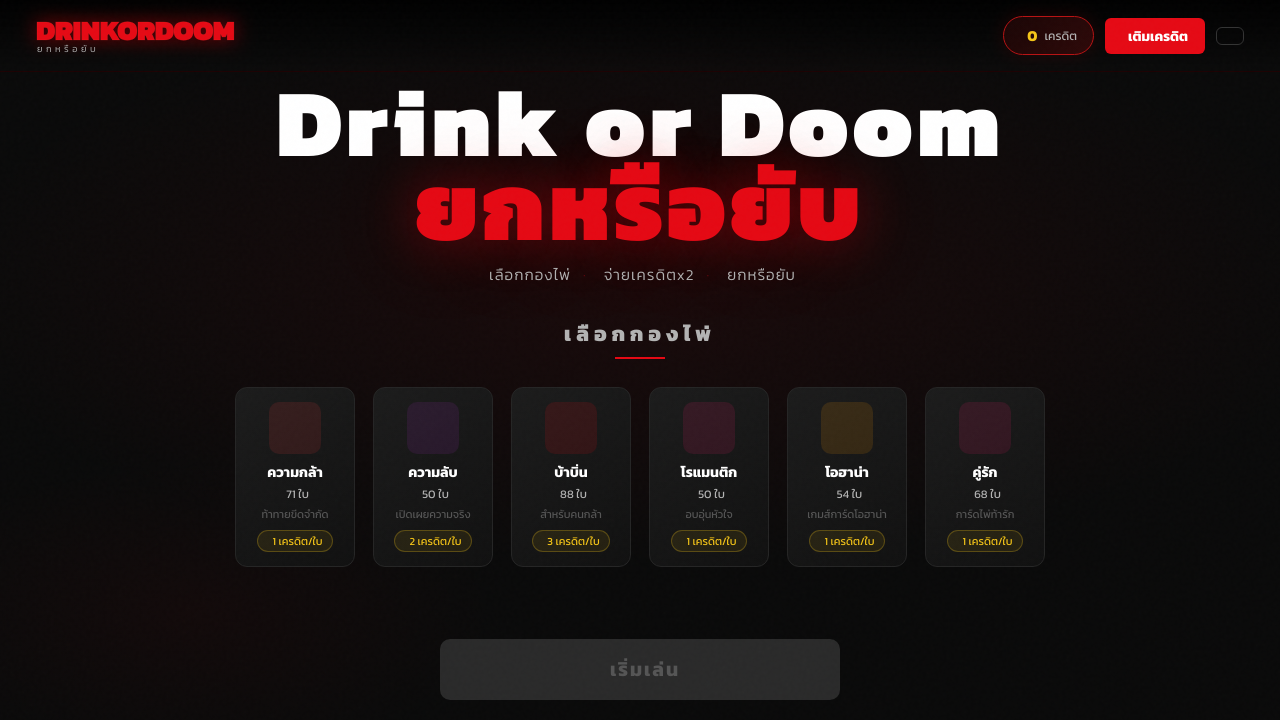
Repository: nuthiokhaw99/Drink-or-Doom.github.io
Page: index.html
The author's editor kept a copy of each file at every save. The page is drawn from the files as they stood at one save, then again after the next save.
The browser window is 1280 px wide. The pictures show the whole page.
Some icons come from a web library that is not loaded, so they are not drawn.

Above is the page before, as saved 2026-03-26 01:44:16.
Console error: SyntaxError: Unexpected token ')'

After the next save:
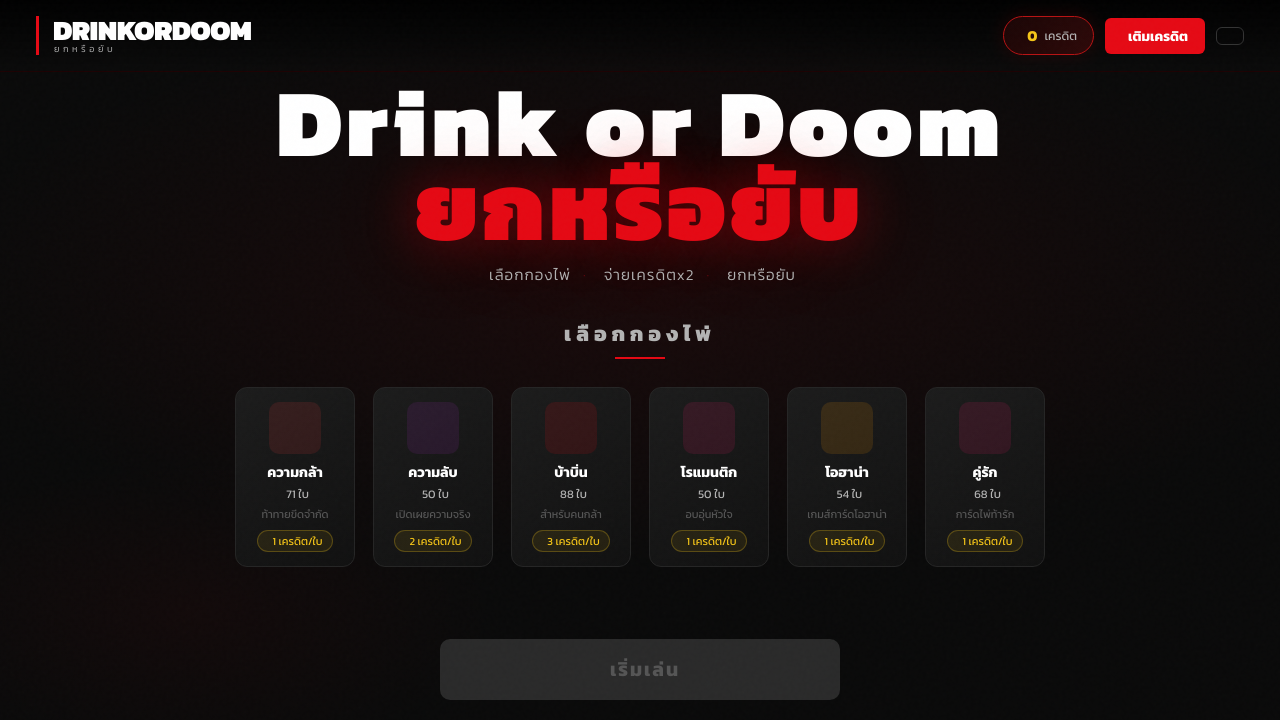
Saved 14 min 21 s later.
--- a/css/main.css
+++ b/css/main.css
@@ -66,23 +66,19 @@
   flex-direction: column;
   line-height: 1;
   gap: 1px;
+  border-left: 3.5px solid #e50914;
+  padding-left: 14px;
 }
 
 .logo-main {
   font-family: "Kanit", sans-serif;
   font-weight: 900;
   font-size: 1.75rem;
-  color: var(--red);
-  letter-spacing: -0.5px;   /* Netflix แน่น ไม่ห่าง */
-  text-transform: uppercase;
-  /* เงา glow แบบ Netflix */
-  text-shadow:
-    0 0 20px rgba(229,9,20,.6),
-    0 2px 4px rgba(0,0,0,.8);
-  /* ขอบบางๆ ให้ดู solid */
-  -webkit-text-stroke: 0.5px rgba(255,60,60,.3);
-  transition: text-shadow .2s;
-}
+  letter-spacing: -0.5px;
+  line-height: 1;
+}
+
+/* ลบ text-shadow และ -webkit-text-stroke เดิมออกทั้งหมด */
 
 .logo-sub {
   font-family: "Kanit", sans-serif;
@@ -90,7 +86,6 @@
   font-size: .58rem;
   color: var(--text2);
   letter-spacing: 3.5px;
-  text-transform: uppercase;
   padding-left: 1px;
 }
 
